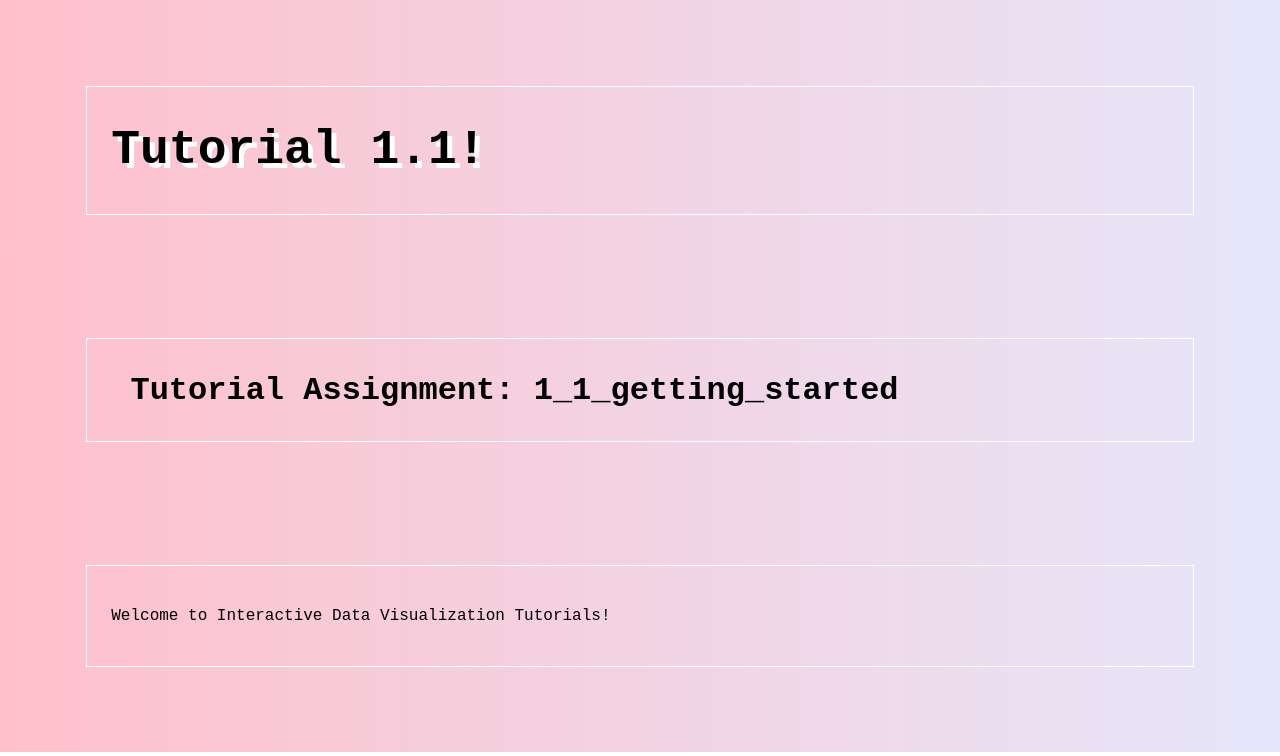
Repository: lisjak/Interactive-Data-Vis-Fall2022
Page: 1_1_getting_started/index.html
An editor plug-in stored every save of this project. The page is shown before and after the next save, followed by the edit.
The browser window is 1280 px wide. The pictures show the whole page.
Some web fonts or font styles are not loaded; a fallback is used.

Above is the page before, as saved 2022-09-04 21:55:33.

### 1_1_getting_started/index.html
<!DOCTYPE html>

<head>
    <meta charset="utf-8">

    <title>Interactive Data Visualization Tutorial</title>

    <link rel="stylesheet" href="https://fonts.googleapis.com/css?family=Source+Sans+Pro">

    <link href="https://fonts.googleapis.com/css2?family=Azeret+Mono&display=swap" rel="stylesheet">

    <link rel="stylesheet" href="./style.css">
</head>

<body>
    <div>
        <h1>Tutorial 1.1!</h1>
    </div>
    <div>
        <h3> &#65039; Tutorial Assignment: 1_1_getting_started </h3>
    </div>
    <div>
        <p>Welcome to Interactive Data Visualization Tutorials! </p>
    </div>
</body>

</html>

### 1_1_getting_started/style.css
body {
    background-image: linear-gradient(to right, pink, lavender);
    font-family: 'Azeret Mono', monospace;
    font-size: 16px;
    padding: 1em;
    display: flex;
    flex-direction: column;
}

div {
    /* min-width: 100%; */
    align-items: center;
    justify-content: center;
    border: 1px solid white;
    padding: 2%;
    margin: 5%;
}

h1 {
    font-size: 3em;
    margin: 0.25em 0;
    text-shadow: 5px 5px 0px white;
}

h3 {
    font-size: 2em;
    margin: 0.25em 0;
}

p {
    font-size: 1em;
    color: black;
}

After the next save:
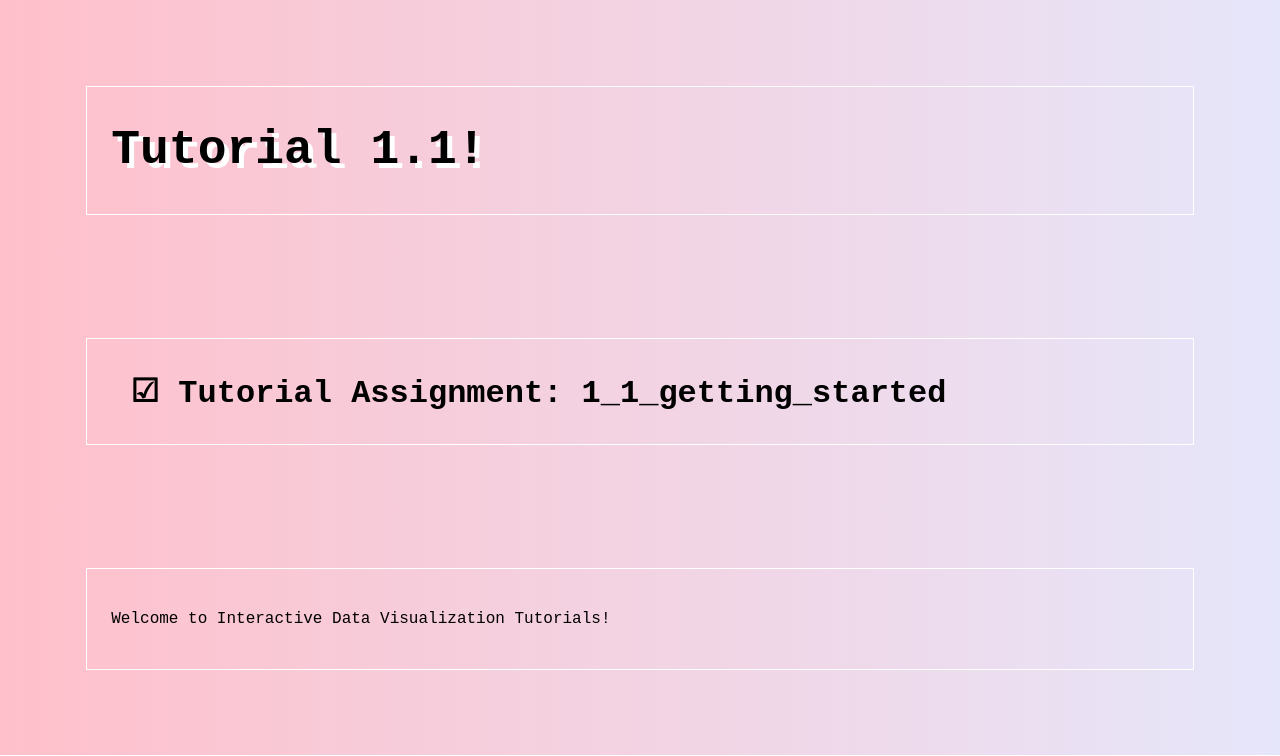
Saved 12 s later.
--- a/1_1_getting_started/index.html
+++ b/1_1_getting_started/index.html
@@ -17,7 +17,7 @@
         <h1>Tutorial 1.1!</h1>
     </div>
     <div>
-        <h3> &#65039; Tutorial Assignment: 1_1_getting_started </h3>
+        <h3> &#65039; &#9745; Tutorial Assignment: 1_1_getting_started </h3>
     </div>
     <div>
         <p>Welcome to Interactive Data Visualization Tutorials! </p>
